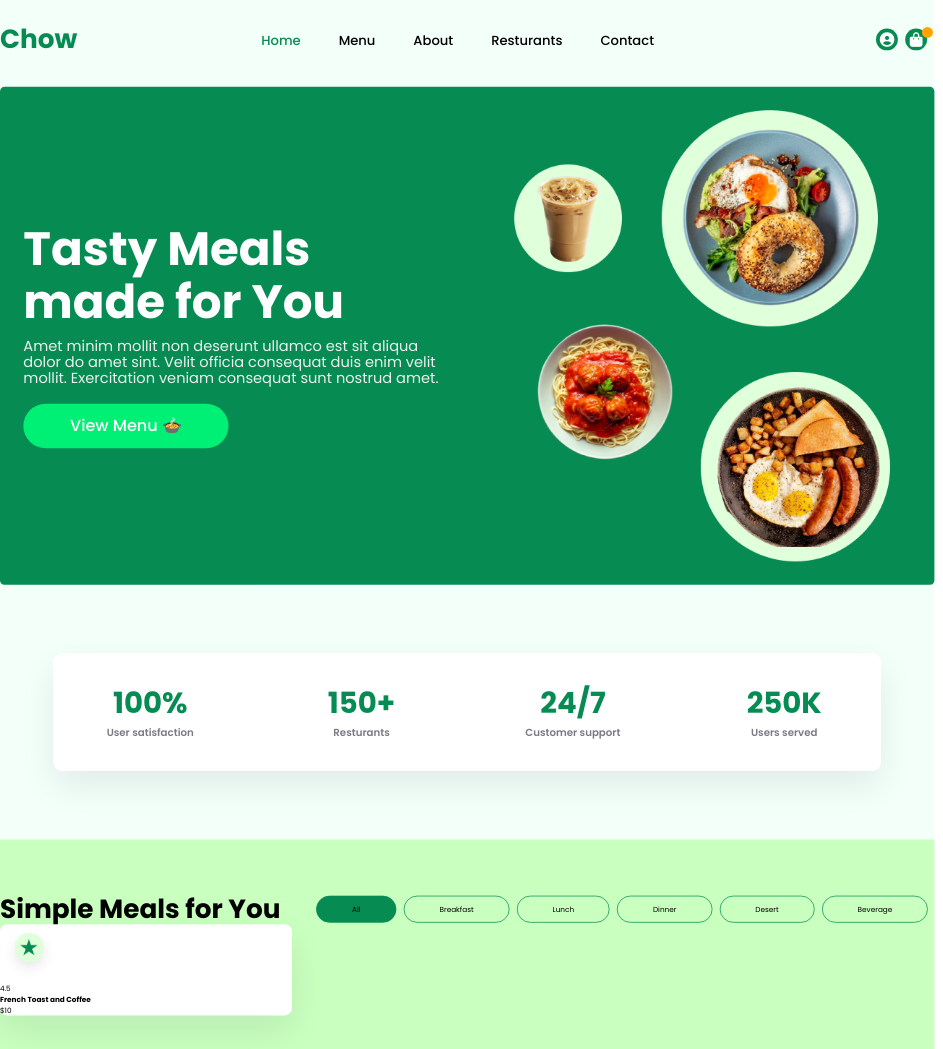
Repository: nguyennam1029/balbal
Page: index.html
An editor plug-in stored every save of this project. The page is shown before and after the next save, followed by the edit.
The browser window is 1280 px wide. The page is 1292 px wide, so the pictures cover 1292 px, including what lies to the right of the window. The pictures show the whole page, at 73% of full size.
Some web libraries are served in a nearby version.

Above is the page before, as saved 2022-07-01 22:13:06.

### index.html
<!DOCTYPE html>
<html lang="en">
  <head>
    <meta charset="UTF-8" />
    <meta http-equiv="X-UA-Compatible" content="IE=edge" />
    <meta name="viewport" content="width=device-width, initial-scale=1.0" />
    <title>Chow</title>
    <link
      rel="stylesheet"
      href="https://cdnjs.cloudflare.com/ajax/libs/font-awesome/6.1.1/css/all.min.css"
      integrity="sha512-KfkfwYDsLkIlwQp6LFnl8zNdLGxu9YAA1QvwINks4PhcElQSvqcyVLLD9aMhXd13uQjoXtEKNosOWaZqXgel0g=="
      crossorigin="anonymous"
      referrerpolicy="no-referrer"
    />
    <link rel="stylesheet" href="css/grid.css" />
    <link rel="stylesheet" href="css/style.css" />
  </head>
  <body>
    <div class="app">
      <div class="grid wide">
        <div class="menu">
          <a href="#" class="menu-left">Chow</a>
          <ul class="menu-center">
            <li class="menu-center-item">
              <a href="#" class="menu-center--link active">Home</a>
            </li>
            <li class="menu-center-item">
              <a href="#" class="menu-center--link">Menu</a>
            </li>
            <li class="menu-center-item">
              <a href="#" class="menu-center--link">About</a>
            </li>
            <li class="menu-center-item">
              <a href="#" class="menu-center--link">Resturants</a>
            </li>
            <li class="menu-center-item">
              <a href="#" class="menu-center--link">Contact</a>
            </li>
          </ul>
          <ul class="menu-right">
            <li class="menu-right-item">
              <a href="#" class="menu-right--link">
                <i class="fa-solid fa-circle-user"></i>
              </a>
            </li>
            <li class="menu-right-item">
              <a href="#" class="menu-right--link active">
                <i class="fa-solid fa-bag-shopping"></i>
                <span class="menu-right--circle"></span>
              </a>
            </li>
          </ul>
        </div>
        <div class="banner">
          <div class="row">
            <div class="col l-6 m-6 c-12">
              <div class="banner-info">
                <h1 class="banner-title">Tasty Meals made for You</h1>
                <span class="banner-des"
                  >Amet minim mollit non deserunt ullamco est sit aliqua dolor
                  do amet sint. Velit officia consequat duis enim velit mollit.
                  Exercitation veniam consequat sunt nostrud amet.</span
                >
                <a href="#" class="banner-btn"> View Menu 🍲 </a>
              </div>
            </div>
            <div class="col l-6 m-6 c-12">
              <div class="banner-img">
                <img src="images/banner1.png" alt="" />
              </div>
            </div>
          </div>
        </div>
        <div class="statistical">
          <div class="row">
            <div class="col l-3 m-6 c-12">
              <div class="statistical-item">
                <h3 class="statistical-item--title">100%</h3>
                <span class="statistical-item--des">User satisfaction</span>
              </div>
            </div>
            <div class="col l-3 m-6 c-12">
              <div class="statistical-item">
                <h3 class="statistical-item--title">150+</h3>
                <span class="statistical-item--des">Resturants</span>
              </div>
            </div>
            <div class="col l-3 m-6 c-12">
              <div class="statistical-item">
                <h3 class="statistical-item--title">24/7</h3>
                <span class="statistical-item--des">Customer support</span>
              </div>
            </div>
            <div class="col l-3 m-6 c-12">
              <div class="statistical-item">
                <h3 class="statistical-item--title">250K</h3>
                <span class="statistical-item--des">Users served</span>
              </div>
            </div>
          </div>
        </div>
      </div>
      <div class="product">
        <div class="grid wide">
          <div class="product-top row">
            <div class="col l-4 m-3 c-12">
              <h3 class="product-heading">Simple Meals for You</h3>
            </div>
            <div class="col l-8 m-8 c-12">
              <ul class="tab-list">
                <li class="tab-item active">All</li>
                <li class="tab-item">Breakfast</li>
                <li class="tab-item">Lunch</li>
                <li class="tab-item">Dinner</li>
                <li class="tab-item">Desert</li>
                <li class="tab-item">Beverage</li>
              </ul>
            </div>
          </div>
          <div class="product-list">
            <div class="product-item">
              <div class="product-item--rating">
                <img src="images/star.png" alt="" />
                <span>4.5</span>
              </div>
              <div class="product-item--content">
                <h4 class="product-item--name">French Toast and Coffee</h4>
                <div class="product-item--footer">
                  <span class="product-item--price">$10</span>
                  <a href="#" class="product-item--btn"></a>
                </div>
              </div>
            </div>
          </div>
        </div>
      </div>
    </div>
  </body>
</html>

### css/grid.css
/* L là pc ,  M là tablet, C là mobile  */
.grid {
    width  : 100%;
    display: block;
    padding: 0;
}

.grid.wide {
    max-width: 1280px;
    margin   : 0 auto;
}

.row {
    display     : flex;
    flex-wrap   : wrap;
    margin-left : -4px;
    margin-right: -4px;
}

.row.no-gutters {
    margin-left : 0;
    margin-right: 0;
}

.col {
    padding-left : 4px;
    padding-right: 4px;
}

.row.no-gutters .col {
    padding-left : 0;
    padding-right: 0;
}

.c-0 {
    display: none;
}

.c-1 {
    flex     : 0 0 8.33333%;
    max-width: 8.33333%;
}

.c-2 {
    flex     : 0 0 16.66667%;
    max-width: 16.66667%;
}

.c-3 {
    flex     : 0 0 25%;
    max-width: 25%;
}

.c-4 {
    flex     : 0 0 33.33333%;
    max-width: 33.33333%;
}

.c-5 {
    flex     : 0 0 41.66667%;
    max-width: 41.66667%;
}

.c-6 {
    flex     : 0 0 50%;
    max-width: 50%;
}

.c-7 {
    flex     : 0 0 58.33333%;
    max-width: 58.33333%;
}

.c-8 {
    flex     : 0 0 66.66667%;
    max-width: 66.66667%;
}

.c-9 {
    flex     : 0 0 75%;
    max-width: 75%;
}

.c-10 {
    flex     : 0 0 83.33333%;
    max-width: 83.33333%;
}

.c-11 {
    flex     : 0 0 91.66667%;
    max-width: 91.66667%;
}

.c-12 {
    flex     : 0 0 100%;
    max-width: 100%;
}

.c-o-1 {
    margin-left: 8.33333%;
}

.c-o-2 {
    margin-left: 16.66667%;
}

.c-o-3 {
    margin-left: 25%;
}

.c-o-4 {
    margin-left: 33.33333%;
}

.c-o-5 {
    margin-left: 41.66667%;
}

.c-o-6 {
    margin-left: 50%;
}

.c-o-7 {
    margin-left: 58.33333%;
}

.c-o-8 {
    margin-left: 66.66667%;
}

.c-o-9 {
    margin-left: 75%;
}

.c-o-10 {
    margin-left: 83.33333%;
}

.c-o-11 {
    margin-left: 91.66667%;
}

/* >= Tablet */
@media (min-width: 740px) {
    .row {
        margin-left : -8px;
        margin-right: -8px;
    }

    .col {
        padding-left : 8px;
        padding-right: 8px;
    }

    .m-0 {
        display: none;
    }

    .m-1,
    .m-2,
    .m-3,
    .m-4,
    .m-5,
    .m-6,
    .m-7,
    .m-8,
    .m-9,
    .m-10,
    .m-11,
    .m-12 {
        display: block;
    }

    .m-1 {
        flex     : 0 0 8.33333%;
        max-width: 8.33333%;
    }

    .m-2 {
        flex     : 0 0 16.66667%;
        max-width: 16.66667%;
    }

    .m-3 {
        flex     : 0 0 25%;
        max-width: 25%;
    }

    .m-4 {
        flex     : 0 0 33.33333%;
        max-width: 33.33333%;
    }

    .m-5 {
        flex     : 0 0 41.66667%;
        max-width: 41.66667%;
    }

    .m-6 {
        flex     : 0 0 50%;
        max-width: 50%;
    }

    .m-7 {
        flex     : 0 0 58.33333%;
        max-width: 58.33333%;
    }

    .m-8 {
        flex     : 0 0 66.66667%;
        max-width: 66.66667%;
    }

    .m-9 {
        flex     : 0 0 75%;
        max-width: 75%;
    }

    .m-10 {
        flex     : 0 0 83.33333%;
        max-width: 83.33333%;
    }

    .m-11 {
        flex     : 0 0 91.66667%;
        max-width: 91.66667%;
    }

    .m-12 {
        flex     : 0 0 100%;
        max-width: 100%;
    }

    .m-o-1 {
        margin-left: 8.33333%;
    }

    .m-o-2 {
        margin-left: 16.66667%;
    }

    .m-o-3 {
        margin-left: 25%;
    }

    .m-o-4 {
        margin-left: 33.33333%;
    }

    .m-o-5 {
        margin-left: 41.66667%;
    }

    .m-o-6 {
        margin-left: 50%;
    }

    .m-o-7 {
        margin-left: 58.33333%;
    }

    .m-o-8 {
        margin-left: 66.66667%;
    }

    .m-o-9 {
        margin-left: 75%;
    }

    .m-o-10 {
        margin-left: 83.33333%;
    }

    .m-o-11 {
        margin-left: 91.66667%;
    }
}

/* PC medium resolution > */
@media (min-width: 1113px) {
    .row {
        margin-left : -12px;
        margin-right: -12px;
    }

    .row.sm-gutter {
        margin-left : -5px;
        margin-right: -5px;
    }

    .col {
        padding-left : 12px;
        padding-right: 12px;
    }

    .row.sm-gutter .col {
        padding-left : 5px;
        padding-right: 5px;
    }

    .l-0 {
        display: none;
    }

    .l-1,
    .l-2,
    .l-2-4,
    .l-3,
    .l-4,
    .l-5,
    .l-6,
    .l-7,
    .l-8,
    .l-9,
    .l-10,
    .l-11,
    .l-12 {
        display: block;
    }

    .l-1 {
        flex     : 0 0 8.33333%;
        max-width: 8.33333%;
    }

    .l-2 {
        flex     : 0 0 16.66667%;
        max-width: 16.66667%;
    }

    .l-2-4 {
        flex     : 0 0 20%;
        max-width: 20%;
    }

    .l-3 {
        flex     : 0 0 25%;
        max-width: 25%;
    }

    .l-4 {
        flex     : 0 0 33.33333%;
        max-width: 33.33333%;
    }

    .l-5 {
        flex     : 0 0 41.66667%;
        max-width: 41.66667%;
    }

    .l-6 {
        flex     : 0 0 50%;
        max-width: 50%;
    }

    .l-7 {
        flex     : 0 0 58.33333%;
        max-width: 58.33333%;
    }

    .l-8 {
        flex     : 0 0 66.66667%;
        max-width: 66.66667%;
    }

    .l-9 {
        flex     : 0 0 75%;
        max-width: 75%;
    }

    .l-10 {
        flex     : 0 0 83.33333%;
        max-width: 83.33333%;
    }

    .l-11 {
        flex     : 0 0 91.66667%;
        max-width: 91.66667%;
    }

    .l-12 {
        flex     : 0 0 100%;
        max-width: 100%;
    }

    .l-o-1 {
        margin-left: 8.33333%;
    }

    .l-o-2 {
        margin-left: 16.66667%;
    }

    .l-o-3 {
        margin-left: 25%;
    }

    .l-o-4 {
        margin-left: 33.33333%;
    }

    .l-o-5 {
        margin-left: 41.66667%;
    }

    .l-o-6 {
        margin-left: 50%;
    }

    .l-o-7 {
        margin-left: 58.33333%;
    }

    .l-o-8 {
        margin-left: 66.66667%;
    }

    .l-o-9 {
        margin-left: 75%;
    }

    .l-o-10 {
        margin-left: 83.33333%;
    }

    .l-o-11 {
        margin-left: 91.66667%;
    }
}

/* Tablet - PC low resolution */
@media (min-width: 740px) and (max-width: 1023px) {
    .wide {
        width: 644px;
    }
}

/* > PC low resolution */
@media (min-width: 1024px) and (max-width: 1239px) {
    .wide {
        width: 984px;
    }

    .wide .row {
        margin-left : -12px;
        margin-right: -12px;
    }

    .wide .row.sm-gutter {
        margin-left : -5px;
        margin-right: -5px;
    }

    .wide .col {
        padding-left : 12px;
        padding-right: 12px;
    }

    .wide .row.sm-gutter .col {
        padding-left : 5px;
        padding-right: 5px;
    }

    .wide .l-0 {
        display: none;
    }

    .wide .l-1,
    .wide .l-2,
    .wide .l-2-4,
    .wide .l-3,
    .wide .l-4,
    .wide .l-5,
    .wide .l-6,
    .wide .l-7,
    .wide .l-8,
    .wide .l-9,
    .wide .l-10,
    .wide .l-11,
    .wide .l-12 {
        display: block;
    }

    .wide .l-1 {
        flex     : 0 0 8.33333%;
        max-width: 8.33333%;
    }

    .wide .l-2 {
        flex     : 0 0 16.66667%;
        max-width: 16.66667%;
    }

    .wide .l-2-4 {
        flex     : 0 0 20%;
        max-width: 20%;
    }

    .wide .l-3 {
        flex     : 0 0 25%;
        max-width: 25%;
    }

    .wide .l-4 {
        flex     : 0 0 33.33333%;
        max-width: 33.33333%;
    }

    .wide .l-5 {
        flex     : 0 0 41.66667%;
        max-width: 41.66667%;
    }

    .wide .l-6 {
        flex     : 0 0 50%;
        max-width: 50%;
    }

    .wide .l-7 {
        flex     : 0 0 58.33333%;
        max-width: 58.33333%;
    }

    .wide .l-8 {
        flex     : 0 0 66.66667%;
        max-width: 66.66667%;
    }

    .wide .l-9 {
        flex     : 0 0 75%;
        max-width: 75%;
    }

    .wide .l-10 {
        flex     : 0 0 83.33333%;
        max-width: 83.33333%;
    }

    .wide .l-11 {
        flex     : 0 0 91.66667%;
        max-width: 91.66667%;
    }

    .wide .l-12 {
        flex     : 0 0 100%;
        max-width: 100%;
    }

    .wide .l-o-1 {
        margin-left: 8.33333%;
    }

    .wide .l-o-2 {
        margin-left: 16.66667%;
    }

    .wide .l-o-3 {
        margin-left: 25%;
    }

    .wide .l-o-4 {
        margin-left: 33.33333%;
    }

    .wide .l-o-5 {
        margin-left: 41.66667%;
    }

    .wide .l-o-6 {
        margin-left: 50%;
    }

    .wide .l-o-7 {
        margin-left: 58.33333%;
    }

    .wide .l-o-8 {
        margin-left: 66.66667%;
    }

    .wide .l-o-9 {
        margin-left: 75%;
    }

    .wide .l-o-10 {
        margin-left: 83.33333%;
    }

    .wide .l-o-11 {
        margin-left: 91.66667%;
    }
}

### css/style.css
@import url('https://fonts.googleapis.com/css2?family=Poppins:wght@400;500;600;700&display=swap');

*,
*::before,
*::after {
    box-sizing: border-box;
}

* {
    margin : 0;
    padding: 0;
}

html {
    font-family: 'Poppins',
        sans-serif;
    font-size: 62.5%;
}

html,
body {
    height: 100%;
}

body {
    line-height: 1.5;
}

img,
picture,
video,
canvas,
svg {
    display  : block;
    max-width: 100%;
}

input,
button,
textarea,
select {
    font   : inherit;
    outline: none;
}

p,
h1,
h2,
h3,
h4,
h5,
h6 {
    overflow-wrap: break-word;
}

a {
    text-decoration: none;
}

ul {
    list-style: none;
}

.app {
    background-color: #f3fff9;
    padding-top     : 34px;
}

.menu {
    display        : flex;
    justify-content: space-between;
    align-items    : center;
    margin         : 0 0 45px;
}

.menu-left {
    font-weight: 700;
    font-size  : 3.6rem;
    line-height: 40px;

    color: #068C52;
}

.menu-center,
.menu-right {
    display        : flex;
    justify-content: center;
    align-items    : center;
}

.menu-center--link {
    margin-right: 52px;
    font-weight : 500;
    font-size   : 1.8rem;
    line-height : 27px;
    color       : #000000;
}

.menu-center--link.active {
    color: #068C52;
}

.menu-right--link {
    margin-right         : 10px;
    display              : flex;
    justify-content      : center;
    align-items          : center;
    width                : 30px;
    height               : 30px;
    border-radius        : 50%;
    -webkit-border-radius: 50%;
    -moz-border-radius   : 50%;
    -ms-border-radius    : 50%;
    -o-border-radius     : 50%;
    background-color     : #068C52;
}

.menu-right--link i {
    color    : #fff;
    font-size: 2rem;
}

.menu-right--link.active {
    position: relative;
}

.menu-right--circle {
    position             : absolute;
    top                  : -2px;
    right                : -8px;
    width                : 15px;
    height               : 15px;
    background           : #FFA500;
    border-radius        : 50%;
    -webkit-border-radius: 50%;
    -moz-border-radius   : 50%;
    -ms-border-radius    : 50%;
    -o-border-radius     : 50%;
}

.banner {
    background-color     : #068C52;
    border-radius        : 6px;
    -webkit-border-radius: 6px;
    -moz-border-radius   : 6px;
    -ms-border-radius    : 6px;
    -o-border-radius     : 6px;
    padding              : 32px;
}

.banner-info {
    display           : flex;
    justify-content   : center;
    /* align-items    : center; */
    flex-direction    : column;
    height            : 100%;
}

.banner-title {
    font-weight: 700;
    font-size  : 6.4rem;
    line-height: 72px;

    color: #FFFFFF;
}

.banner-des {
    font-weight: 400;
    font-size  : 2rem;
    line-height: 22px;
    display    : block;
    color      : #EFEFEF;
    margin     : 14px 0 24px;
}

.banner-btn {
    font-weight          : 500;
    font-size            : 2.2rem;
    line-height          : 33px;
    padding              : 14px 64px;
    /*Primary/White*/
    color                : #FFFFFF;
    background           : #00F076;
    border-radius        : 32px;
    -webkit-border-radius: 32px;
    -moz-border-radius   : 32px;
    -ms-border-radius    : 32px;
    -o-border-radius     : 32px;
    width                : fit-content;
}

.statistical {
    max-width    : 1134px;
    margin       : 94px auto;
    /* border    : 1px solid; */
    background   : #FFFFFF;
    /* Drop Shadow/High */
    padding      : 40px 0;
    box-shadow   : 0px 20px 50px rgba(18, 17, 39, 0.08);
    border-radius: 12px;
    text-align   : center;
}

.statistical-item--title {
    font-weight: 700;
    font-size  : 4rem;
    line-height: 140%;
    /* identical to box height, or 56px */

    text-align: center;

    color: #068C52;
}

.statistical-item--des {
    font-weight: 600;
    font-size  : 1.4rem;
    line-height: 180%;
    color      : rgba(18, 17, 39, 0.56);
}

.product {
    background-color: #c9ffbf;
    padding         : 76px 0 46px;
}

.product-top {
    display        : flex;
    justify-content: space-between;
    align-items    : center;
}

.product-heading {
    font-weight: 700;
    font-size  : 3.6rem;
    line-height: 40px;

    color: #000000;
}

.tab-list {
    display        : flex;
    justify-content: center;
    align-items    : center;

}

.tab-item {
    padding           : 10px 48px;
    border            : 1px solid #068C52;
    border-radius     : 40px;
    display           : block;
    margin-right      : 10px;
    cursor            : pointer;
    transition        : .25s ease-in;
    -webkit-transition: .25s ease-in;
    -moz-transition   : .25s ease-in;
    -ms-transition    : .25s ease-in;
    -o-transition     : .25s ease-in;
}

.tab-item.active {
    background: #068C52;
    cursor    : default;
}

.tab-item:hover {
    background: #068c5290;
}

.product-list {
    display        : flex;
    justify-content: space-between;
    align-items    : center;
    flex-wrap      : wrap;
}

.product-item {
    background: #FFFFFF;
    /* Drop Shadow/High */

    box-shadow   : 0px 20px 50px rgba(18, 17, 39, 0.08);
    border-radius: 10px;
    width        : calc((100% - 80px) / 3);
}

After the next save:
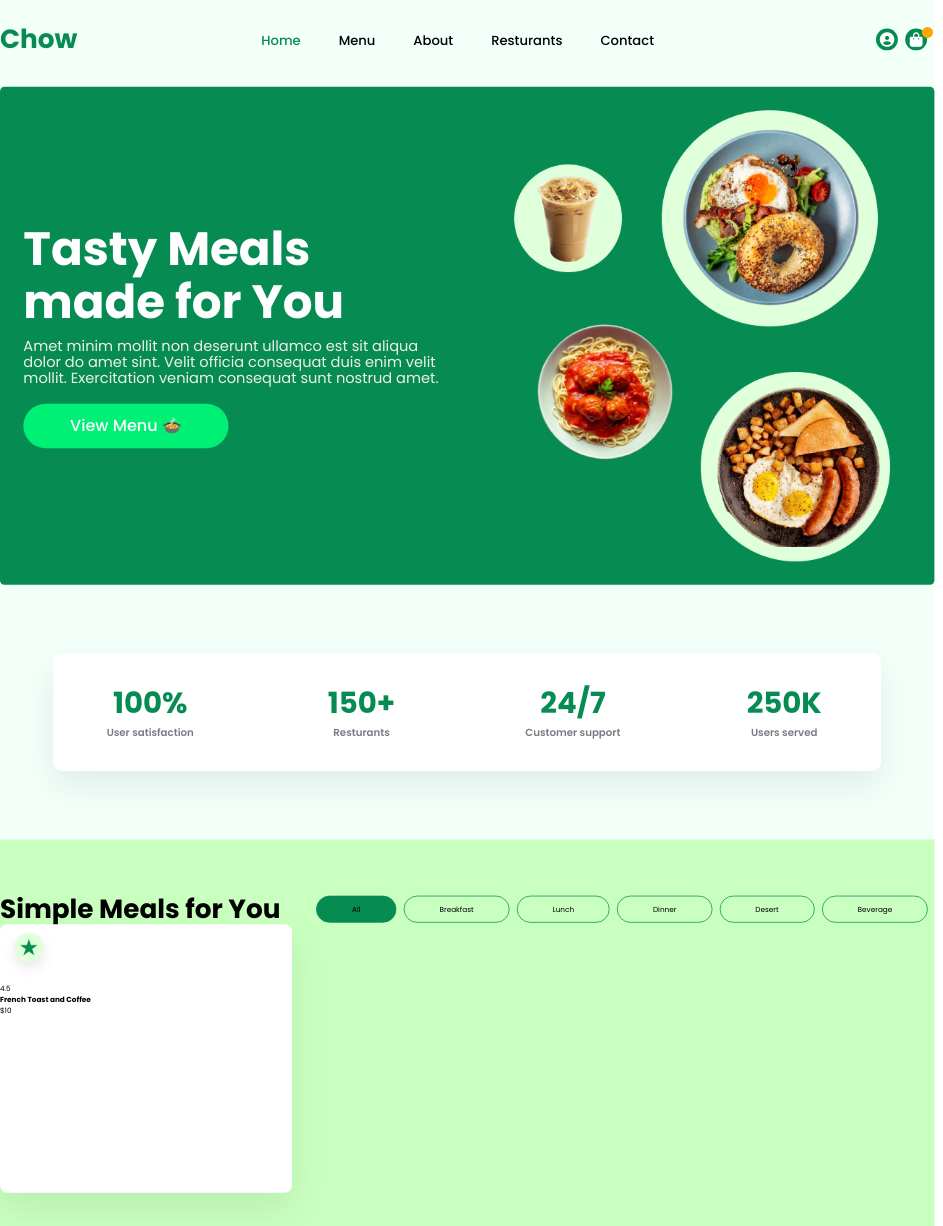
Saved 19 s later.
--- a/css/style.css
+++ b/css/style.css
@@ -282,4 +282,5 @@ ul {
     box-shadow   : 0px 20px 50px rgba(18, 17, 39, 0.08);
     border-radius: 10px;
     width        : calc((100% - 80px) / 3);
-}
+    min-height   : 368px;
+}
